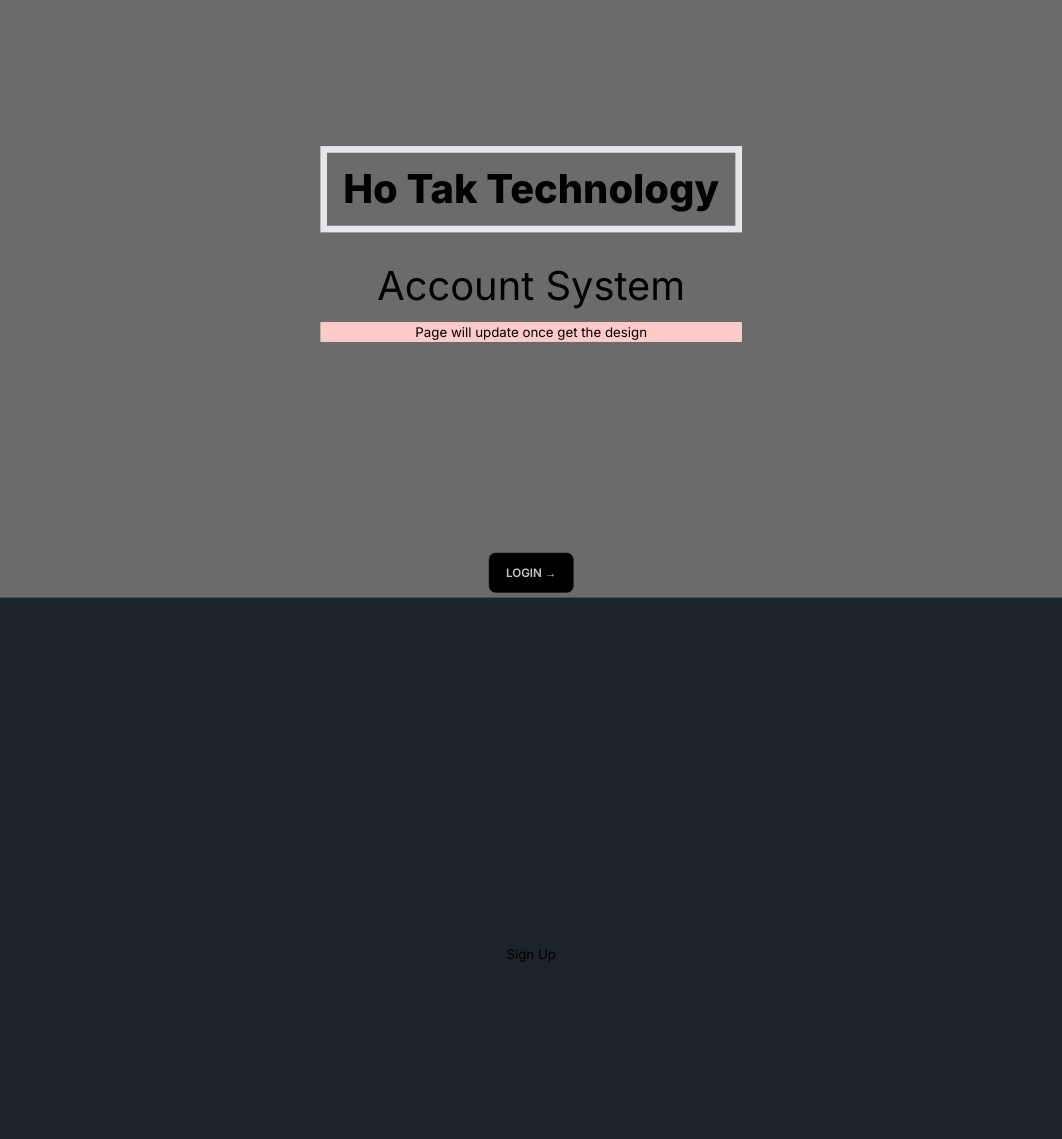
Repository: khairul35/merchant-dashboard
Page: /
The author's editor kept a copy of each file at every save. The page is drawn from the files as they stood at one save, then again after the next save.
The browser window is 1280 px wide. The pictures show the whole page, at 83% of full size.
The project was rebuilt for these pictures with package versions that can differ from the ones it lists, and the page was loaded fresh each time. The framework's server and built-in components were replaced by stand-ins that run in the browser. Also part of the build but not shown: next.config.js, app/components/layout/Header/index.module.css, app/components/layout/Header/index.component.tsx.

Above is the page before, as saved 2024-01-03 11:12:40.

### app/layout.tsx
import type { Metadata } from 'next'
import { Inter } from 'next/font/google'
import Header from './components/layout/Header';
import './globals.css'

const inter = Inter({ subsets: ['latin'] })

export const metadata: Metadata = {
  title: 'Merchant apps',
  description: 'Merchant web app',
}

export default function RootLayout({
  children,
}: {
  children: React.ReactNode
}) {
  return (
    <html lang="en">
      <body className={inter.className}>
        <div className='flex flex-col h-screen'>
          <Header />
          {children}
        </div>
      </body>
    </html>
  )
}

### app/page.tsx
'use client';

import router from 'next/router';
import Link from 'next/link';

export default function Home() {
  console.log(window.localStorage.getItem('isLogin'))
  if (window.localStorage.getItem('isLogin') == 'true') {
      window.location.href = '/dashboard';
  }
  return (
      <main className="flex min-h-screen flex-col items-center justify-between p-24 bg-bg-color">
        <div>
          <div>
            <h1 className="text-5xl font-extrabold border-8 p-5 text-center items-center mb-10 mt-20">Ho Tak Technology</h1>
          </div>
          <h1 className="text-5xl text-center items-center">Account System</h1>
          <p className="text-center items-center bg-red-200 mt-5">Page will update once get the design</p>
          <div className="items-center flex justify-center h-full pt-4 mt-10">
            <Link href="/login">
              <button className="btn btn-primary w-full max-w-xs pl-5 pr-5">Login &rarr;</button>
            </Link>
          </div>
          <div className="items-center flex justify-center h-full pt-4">
            <Link href="/login">
              Sign Up
            </Link>
          </div>
        </div>
      </main>
  )
}

### app/components/layout/Header/index.tsx
'use client';

import { useEffect } from "react";
import Component from './index.component'
import { HeaderProps } from "./index.props";

const Header = () => {

    const onLogOut = () => {
        window.localStorage.set('isLogin', 'false');
        window.location.href = '/login';
    };

    useEffect(() => {
        if (window.localStorage.getItem('isLogin') == 'true') {
        }
    }, []);

    const props: HeaderProps = {
        onLogOut
    }

    return window.localStorage.getItem('isLogin') == 'true' ?
        (
            <Component {...props} />
        )
        : (<></>)
};

export default Header;

### app/globals.css
@tailwind base;
@tailwind components;
@tailwind utilities;

:root {
  --foreground-rgb: 0, 0, 0;
  --background-start-rgb: 214, 219, 220;
  --background-end-rgb: 255, 255, 255;
}

body {
  color: rgb(var(--foreground-rgb));
  background: linear-gradient(
      to bottom,
      transparent,
      rgb(var(--background-end-rgb))
    )
    rgb(var(--background-start-rgb));
    margin: 0;
    padding: 0;
}

### tailwind.config.ts
import type { Config } from 'tailwindcss'

const config: Config = {
  content: [
    './pages/**/*.{js,ts,jsx,tsx,mdx}',
    './components/**/*.{js,ts,jsx,tsx,mdx}',
    './app/**/*.{js,ts,jsx,tsx,mdx}',
  ],
  theme: {
    extend: {
      backgroundImage: {
        'gradient-radial': 'radial-gradient(var(--tw-gradient-stops))',
        'gradient-conic':
          'conic-gradient(from 180deg at 50% 50%, var(--tw-gradient-stops))',
      },
      backgroundColor: {
        'bg-color': '#6B6B6B', // Define a custom background color class
      },
      button: {
        'primary': '#7A7A7A',
      },
      fontWeight: {
        'label': '600',
      },
    },
  },
  plugins: [require("daisyui")],
  daisyui: {
    themes: [
      {
        mytheme: {
          "primary": "##7A7A7A",
          "secondary": "#d926a9",
          "accent": "#1fb2a6",
          "neutral": "#2a323c",
          "base-100": "#1d232a",
          "info": "#3abff8",
          "success": "#36d399",
          "warning": "#fbbd23",
          "error": "#f87272",
        },
      },
    ],
  },
}
export default config

After the next save:
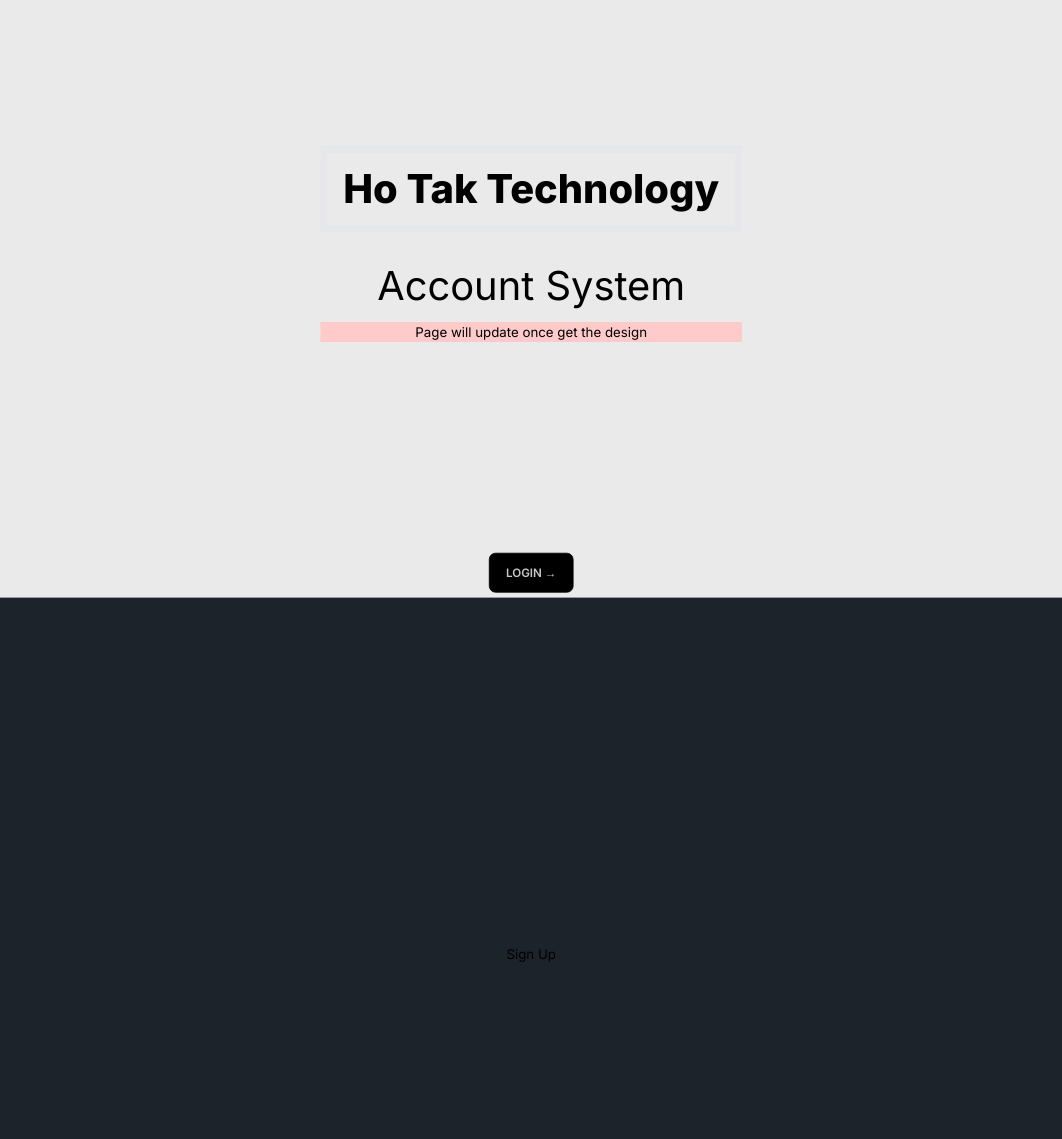
Saved 106 s later.
--- a/tailwind.config.ts
+++ b/tailwind.config.ts
@@ -14,7 +14,7 @@
           'conic-gradient(from 180deg at 50% 50%, var(--tw-gradient-stops))',
       },
       backgroundColor: {
-        'bg-color': '#6B6B6B', // Define a custom background color class
+        'bg-color': '#EAEAEA', // Define a custom background color class
       },
       button: {
         'primary': '#7A7A7A',
